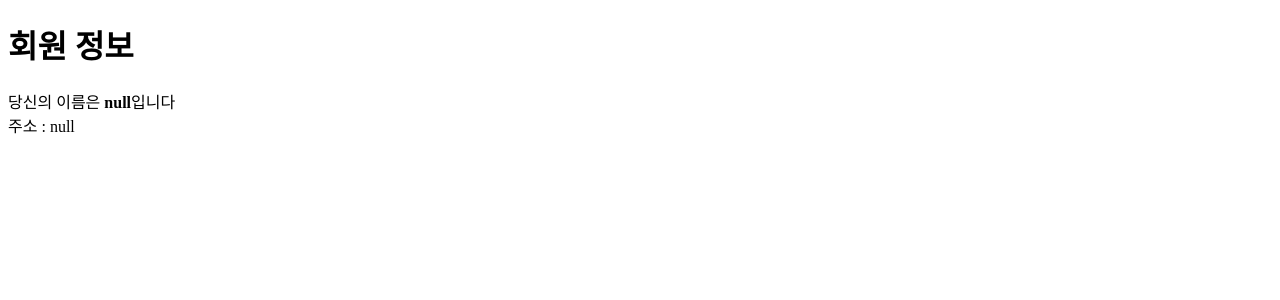
Repository: jsunnypi/JSP
Page: http://localhost/Test/info.jsp
The author's editor kept a copy of each file at every save. The page is drawn from the files as they stood at one save, then again after the next save.
The browser window is 1280 px wide. The pictures show the whole page.
The page is served by Tomcat 9.

Above is the page before, as saved 2024-11-14 02:37:51.

### Test/src/main/webapp/info.jsp
<%@ page language="java" contentType="text/html; charset=UTF-8"
    pageEncoding="UTF-8"%>
<!DOCTYPE html>
<html>
<head>
<meta charset="UTF-8">
<title>Insert title here</title>
</head>
<body>
	<h1>회원 정보</h1>
	<%
		request.setCharacterEncoding("UTF-8");

		String name = request.getParameter("name");
		out.print("당신의 이름은 <b> " + name + "</b>입니다 <br>");

		String addr = request.getParameter("addr");
		out.print("주소 : " + addr + "<br>");




	%>
</body>
</html>

After the next save:
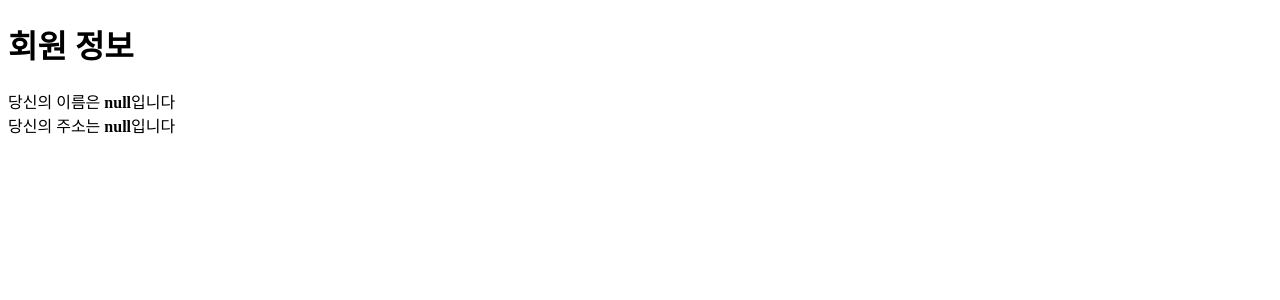
Saved 47 s later.
--- a/Test/src/main/webapp/info.jsp
+++ b/Test/src/main/webapp/info.jsp
@@ -15,7 +15,7 @@
 		out.print("당신의 이름은 <b> " + name + "</b>입니다 <br>");
 
 		String addr = request.getParameter("addr");
-		out.print("주소 : " + addr + "<br>");
+		out.print("당신의 주소는 <b> " + addr + "</b>입니다<br>");
 
 
 
